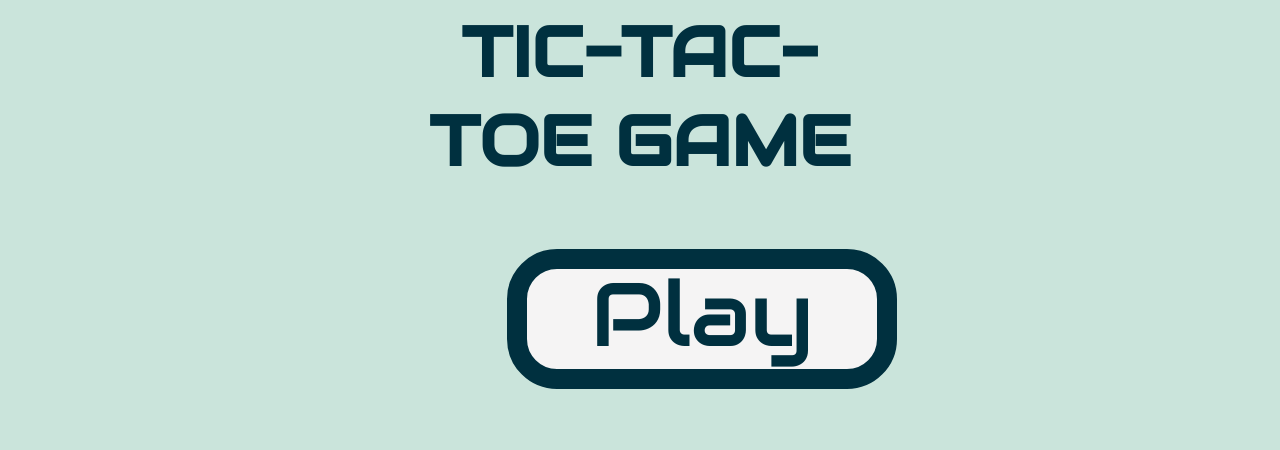
Repository: blackSky1213/tic-tac-toe
Page: index.html
These files come from the project's save history. The page is drawn as it stood at one moment and after a run of saves; the edit follows.
The browser window is 1280 px wide. The pictures show the whole page.

Above is the page before, as saved 2020-12-28 20:52:28.

After the next 2 saves:
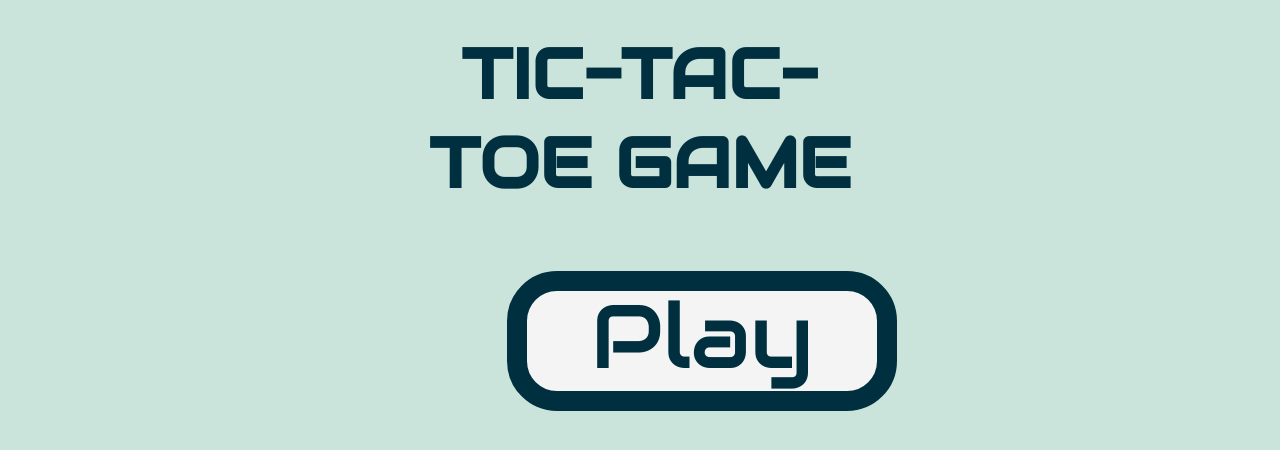
The 2 saves are shown as one change because they came seconds apart.
The last was saved 81 s later.
--- a/styles/index.css
+++ b/styles/index.css
@@ -4,7 +4,7 @@ body{
 .title{
     text-align:center;
     font-size:70px;
-    margin:auto 30% auto 30%;
+    margin:30px 30% auto 30%;
     font-family:'Audiowide', cursive;
     color:#00303f;
 }
